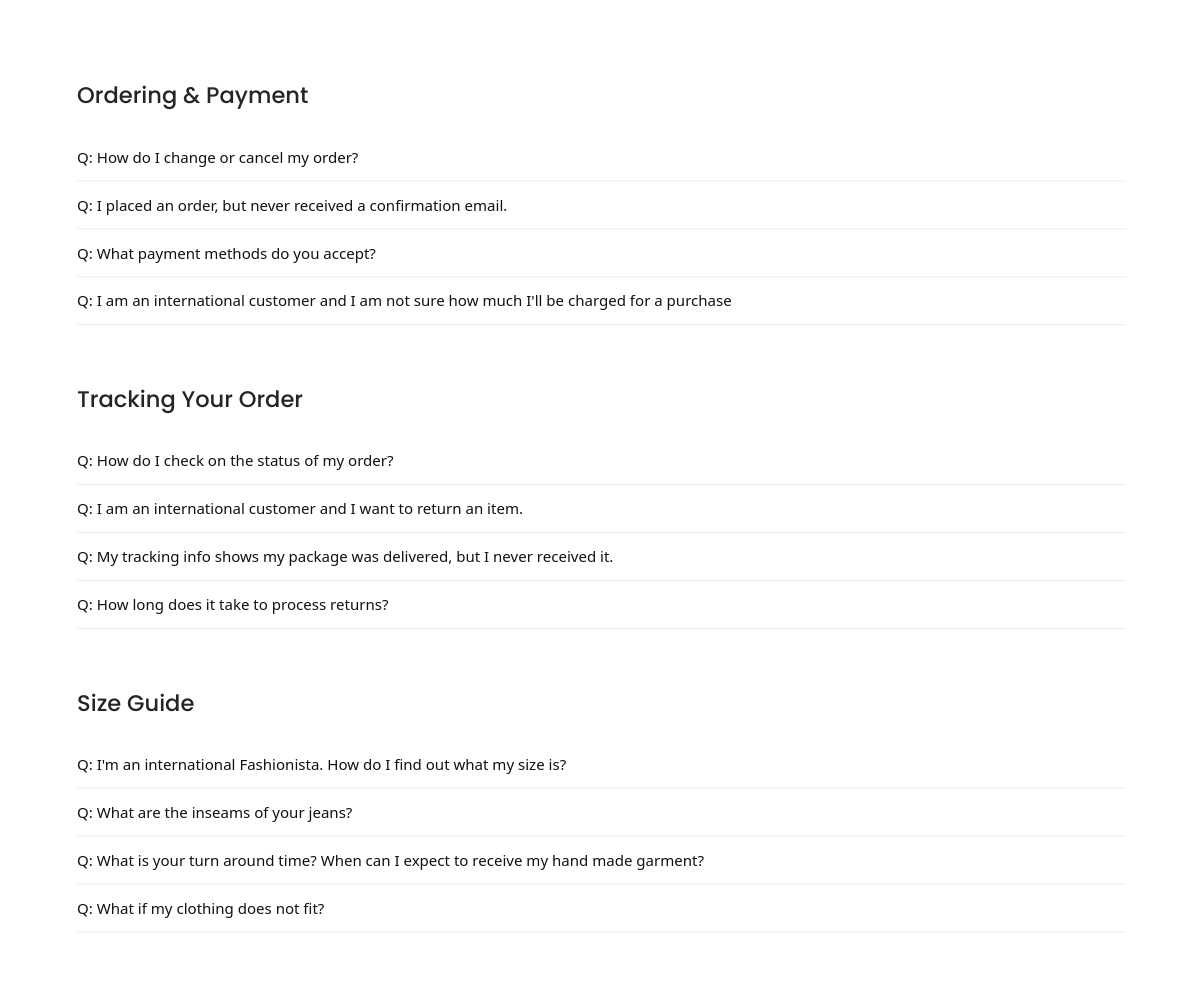
Repository: ST-United-Internship/Modaz-4life
Page: FaQ/FAQ.html
An editor plug-in stored every save of this project. The page is shown before and after the next save, followed by the edit.
The browser window is 1280 px wide. The pictures show the whole page, at 94% of full size.

Above is the page before, as saved 2023-03-22 16:24:39.

After the next save:
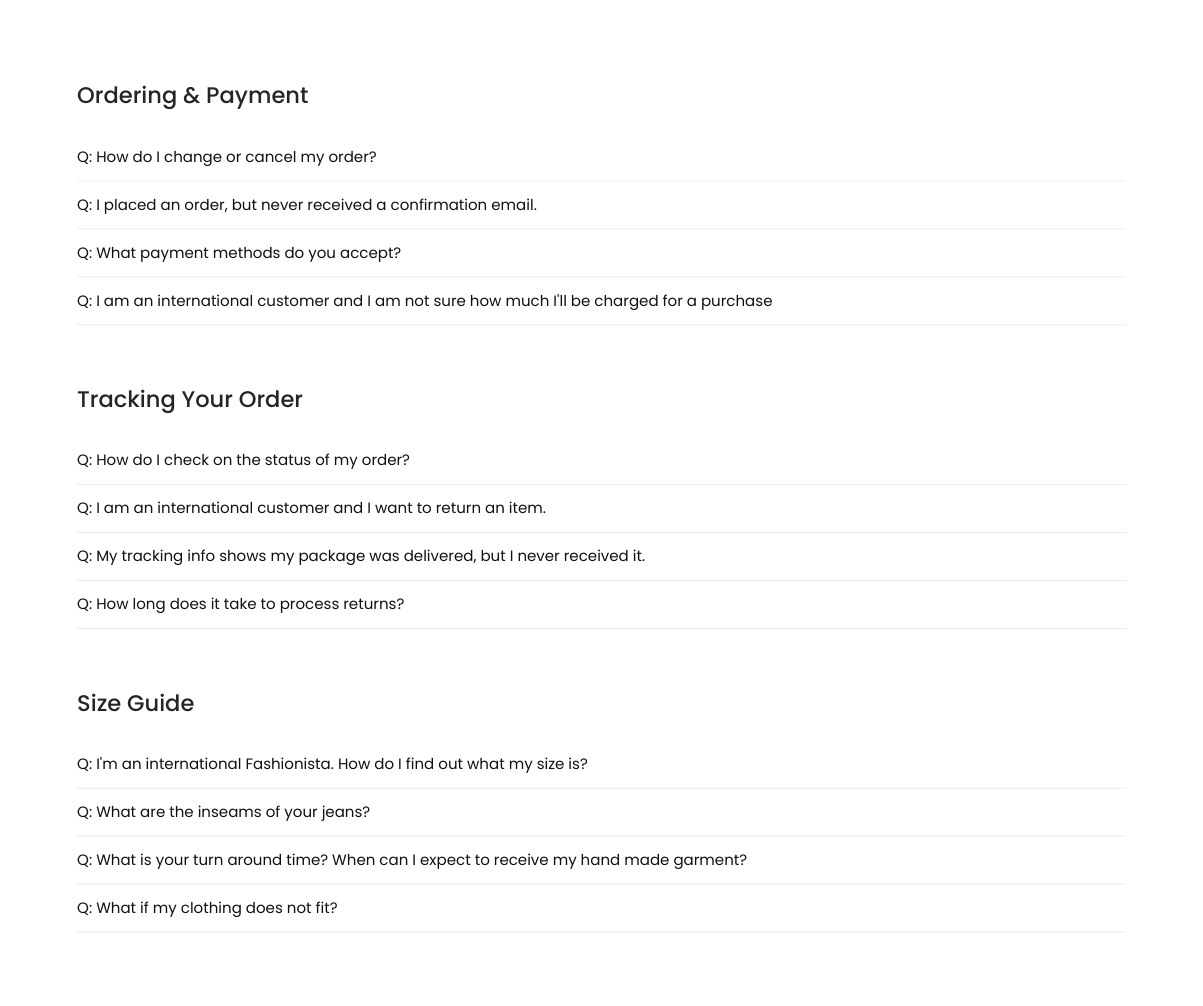
Saved 46 s later.
--- a/FaQ/FAQ.css
+++ b/FaQ/FAQ.css
@@ -6,7 +6,7 @@
     font-weight: 100;
     src: url(https://fonts.gstatic.com/s/poppins/v20/pxiAyp8kv8JHgFVrJJLmE0tMMPKzSQ.woff2) format('woff2');
 }
- body{
+ .bodi{
     font: 14px/26px "Poppins",sans-serif;
     font-weight: 300;
     background-color: #fff;

After the 2 saves that followed:
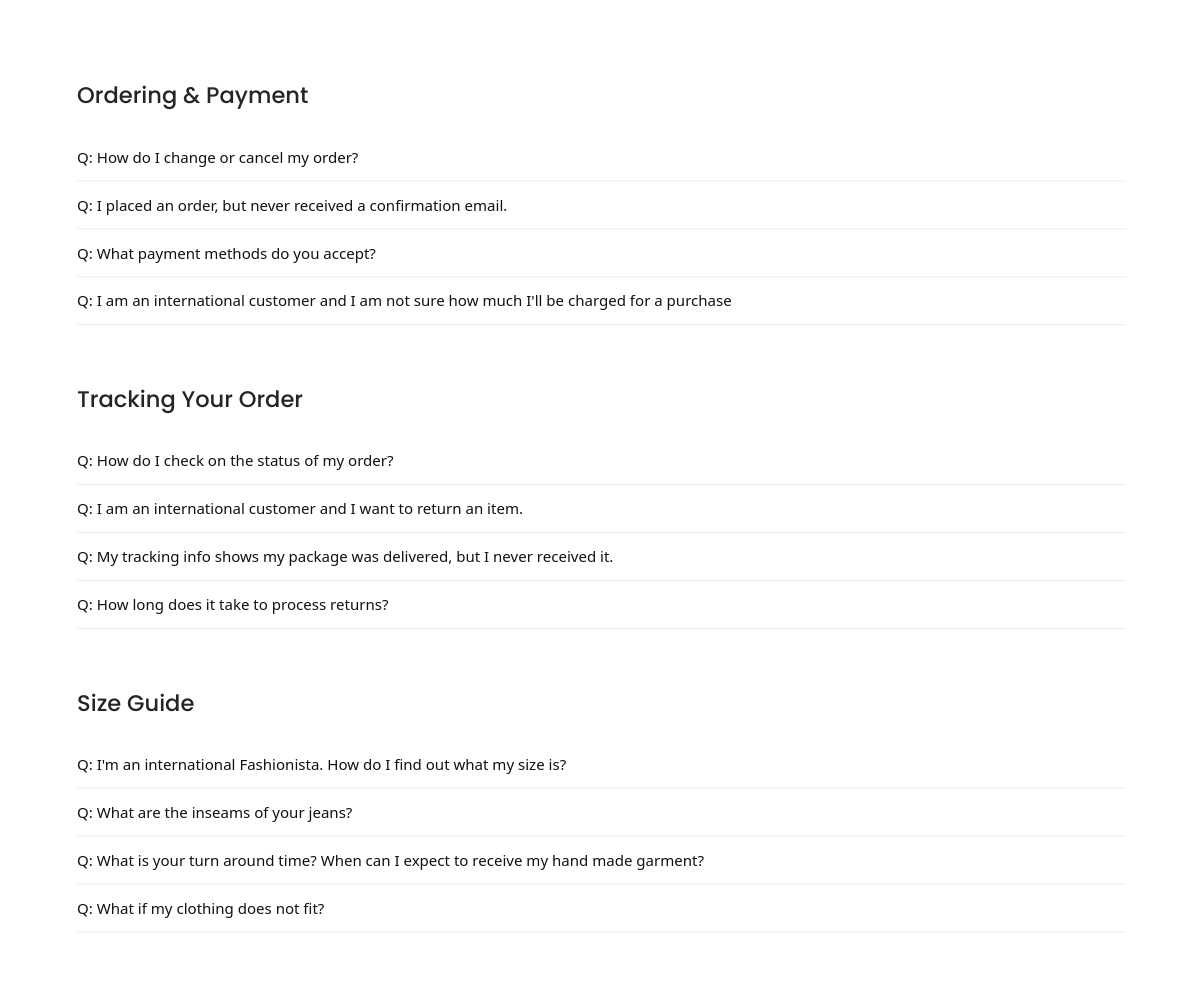
The 2 saves are shown as one change because they came seconds apart.
The last was saved 7 s later.
--- a/FaQ/FAQ.css
+++ b/FaQ/FAQ.css
@@ -6,7 +6,7 @@
     font-weight: 100;
     src: url(https://fonts.gstatic.com/s/poppins/v20/pxiAyp8kv8JHgFVrJJLmE0tMMPKzSQ.woff2) format('woff2');
 }
- .bodi{
+ body{
     font: 14px/26px "Poppins",sans-serif;
     font-weight: 300;
     background-color: #fff;
